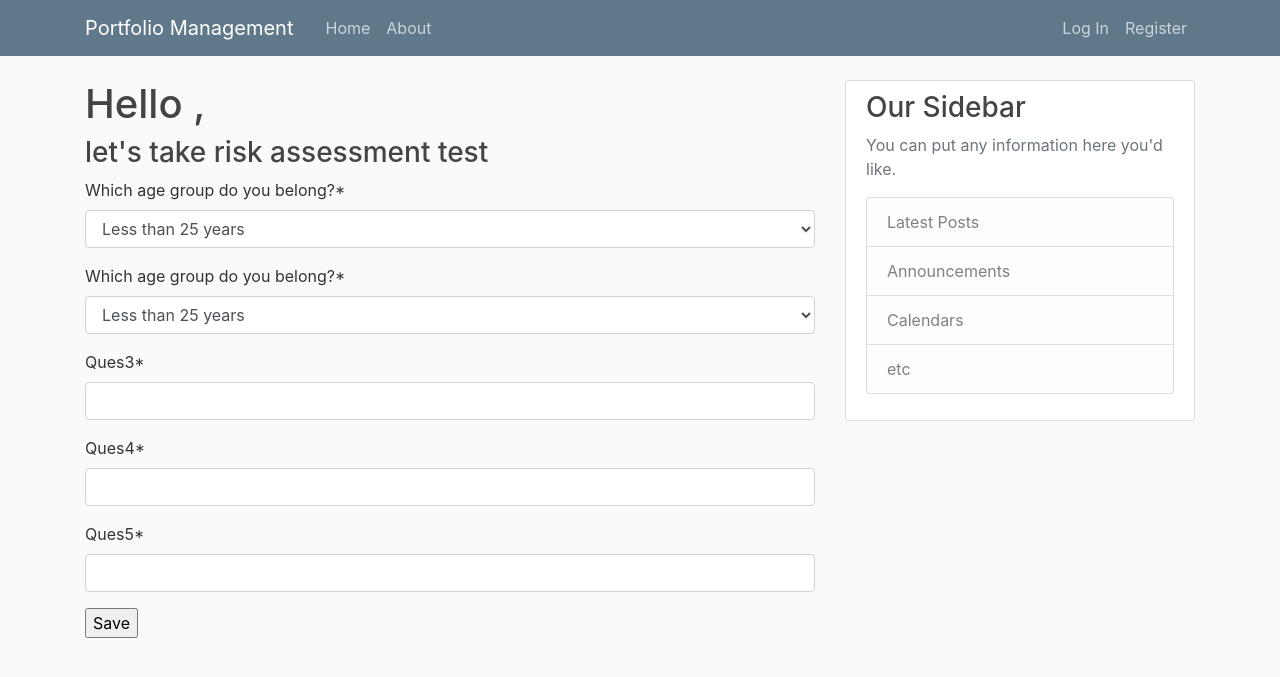
Repository: rahulsolankib/portfolio
Page: http://localhost/questions/
The author's editor kept a copy of each file at every save. The page is drawn from the files as they stood at one save, then again after the next save.
The browser window is 1280 px wide. The pictures show the whole page.
The page is served by the project's application, run on Django 3.2 (manage.py). Other server files are loaded and not shown.

Above is the page before, as saved 2020-10-20 00:29:44.

### riskCalculator/templates/riskCalculator/questions.html
{% extends "startPage/base.html" %}
{% load crispy_forms_tags %}
{% crispy example_form %}


{% block content %}
    <h1>Hello {{user.username}},</h1>
    <h3>let's take risk assessment test</h3>
    <form method='POST'>
        {% csrf_token %}
        {{formRec | crispy}}

        <input type='submit' value="Save" />
    </form>

{% endblock content %}

### startPage/templates/startPage/base.html
{% load static %}
<!DOCTYPE html>
<html>
<head>
    <meta charset="utf-8">
    <meta name="viewport" content="width=device-width, initial-scale=1, shrink-to-fit=no">

    <!-- Bootstrap CSS -->
    <link rel="stylesheet" href="https://stackpath.bootstrapcdn.com/bootstrap/4.5.2/css/bootstrap.min.css" integrity="sha384-JcKb8q3iqJ61gNV9KGb8thSsNjpSL0n8PARn9HuZOnIxN0hoP+VmmDGMN5t9UJ0Z" crossorigin="anonymous">

    <link rel="stylesheet" type="text/css" href="{% static 'startPage/main.css' %}">
    {% if title %}
        <title>Django - {{title}}</title>
    {% else %}
        <title>Django</title>
    {% endif %}
</head>
<body>
    <header class="site-header">
        <nav class="navbar navbar-expand-md navbar-dark bg-steel fixed-top">
            <div class="container">
            <a class="navbar-brand mr-4" href="{% url 'Start-Page' %}">Portfolio Management</a>
            <button class="navbar-toggler" type="button" data-toggle="collapse" data-target="#navbarToggle" aria-controls="navbarToggle" aria-expanded="false" aria-label="Toggle navigation">
            <span class="navbar-toggler-icon"></span>
            </button>
            <div class="collapse navbar-collapse" id="navbarToggle">
                <div class="navbar-nav mr-auto">
                <a class="nav-item nav-link" href="{% url 'Start-Page' %}">Home</a>
                <a class="nav-item nav-link" href="{% url 'About-Page' %}">About</a>
                {% if user.is_authenticated %}
                    <a class="nav-item nav-link" href="{% url 'questions' %}">Risk-Assessment</a>
                {% endif%}
                </div>
                <!-- Navbar Right Side -->
                <div class="navbar-nav">
                {% if user.is_authenticated %}
                    <a class="nav-item nav-link" href="{% url 'profile' %}">@{{user.username}}</a>
                    <a class="nav-item nav-link" href="{% url 'logout' %}">Log Out</a>
                {% else %}
                    <a class="nav-item nav-link" href="{% url 'login' %}">Log In</a>
                    <a class="nav-item nav-link" href="{% url 'register' %}">Register</a>
                {% endif%}
                </div>
            </div>
            </div>
        </nav>
    </header>
    <main role="main" class="container">
        <div class="row">
            <div class="col-md-8">
                {% if messages %}
                    {% for message in messages%}
                        <div class="alert alert-{{message.tags}}">
                            {{message}}
                        </div>
                    {% endfor %}
                {% endif %}
                {% block content %}{% endblock %}
            </div>
            <div class="col-md-4">
            <div class="content-section">
                <h3>Our Sidebar</h3>
                <p class='text-muted'>You can put any information here you'd like.
                <ul class="list-group">
                    <li class="list-group-item list-group-item-light">Latest Posts</li>
                    <li class="list-group-item list-group-item-light">Announcements</li>
                    <li class="list-group-item list-group-item-light">Calendars</li>
                    <li class="list-group-item list-group-item-light">etc</li>
                </ul>
                </p>
            </div>
            </div>
        </div>
    </main>


    <script src="https://code.jquery.com/jquery-3.5.1.slim.min.js" integrity="sha384-DfXdz2htPH0lsSSs5nCTpuj/zy4C+OGpamoFVy38MVBnE+IbbVYUew+OrCXaRkfj" crossorigin="anonymous"></script>
    <script src="https://cdn.jsdelivr.net/npm/popper.js@1.16.1/dist/umd/popper.min.js" integrity="sha384-9/reFTGAW83EW2RDu2S0VKaIzap3H66lZH81PoYlFhbGU+6BZp6G7niu735Sk7lN" crossorigin="anonymous"></script>
    <script src="https://stackpath.bootstrapcdn.com/bootstrap/4.5.2/js/bootstrap.min.js" integrity="sha384-B4gt1jrGC7Jh4AgTPSdUtOBvfO8shuf57BaghqFfPlYxofvL8/KUEfYiJOMMV+rV" crossorigin="anonymous"></script>
</body>
</html>

### riskCalculator/forms.py
from django import forms

from .models import Que,RiskModel


class QForm(forms.Form):
    age_group=(
            (1,'Less than 25 years')
            ,(2,'25-35 years')
            ,(3,'36-40 years')
            ,(4,'51 above')
    )

    ques1 = forms.TypedChoiceField(label='Which age group do you belong?',choices=age_group, coerce=int, initial=1)
    ques2 = forms.TypedChoiceField(label='Which age group do you belong?',choices=age_group, coerce=int, initial=1)
    ques3 = forms.CharField()
    ques4 = forms.CharField()
    ques5 = forms.CharField()


class QueForm(forms.ModelForm):
    class Meta:
        model = Que
        fields = ['ques1','ques2','ques3','ques4','ques5']


class RiskForm(forms.ModelForm):
    class Meta:
        model = RiskModel
        fields = ['userid','risk_score']

### riskCalculator/models.py
from django.db import models
# from user.forms import User

# Create your models here.
class Que(models.Model):
    ques1 = models.CharField(max_length=120)
    ques2 = models.CharField(max_length=120)
    ques3 = models.CharField(max_length=120)
    ques4 = models.CharField(max_length=120)
    ques5 = models.CharField(max_length=120)

class RiskModel(models.Model):
    userid = models.IntegerField(unique=True)
    risk_score = models.DecimalField(
                         max_digits = 5,
                         decimal_places = 2)

### riskCalculator/views.py
from django.shortcuts import render
from .forms import QueForm,RiskForm,QForm

from .models import RiskModel

def questions(request):
    formRec = QForm(request.POST or None)
    context = {
        'formRec': formRec
    }
    userid = request.user.id


    data = {'userid' : userid, 'risk_score':32}
    form = RiskForm(data)
    if form.is_valid():
        profile = form.save(commit = True)
        profile.user = request.user
        profile.save()

    return render(request,'riskCalculator/questions.html',context)

### portfolio/urls.py
"""portfolio URL Configuration

The `urlpatterns` list routes URLs to views. For more information please see:
    https://docs.djangoproject.com/en/3.1/topics/http/urls/
Examples:
Function views
    1. Add an import:  from my_app import views
    2. Add a URL to urlpatterns:  path('', views.home, name='home')
Class-based views
    1. Add an import:  from other_app.views import Home
    2. Add a URL to urlpatterns:  path('', Home.as_view(), name='home')
Including another URLconf
    1. Import the include() function: from django.urls import include, path
    2. Add a URL to urlpatterns:  path('blog/', include('blog.urls'))
"""
from django.contrib import admin
from django.contrib.auth import views as auth_views
from django.urls import path,include
from user import views as user_views
from riskCalculator import views as riskCalculator_views

urlpatterns = [
    path('admin/', admin.site.urls),
    path('register/',user_views.register,name='register'),
    path('profile/',user_views.profile,name='profile'),
    path('',include('startPage.urls')),
    path('login/',auth_views.LoginView.as_view(template_name="user/login.html"),name='login'),
    path('logout/',auth_views.LogoutView.as_view(template_name="user/logout.html"),name='logout'),
    path('questions/',riskCalculator_views.questions,name='questions')
]

### startPage/urls.py
from django.urls import path
from . import views

urlpatterns = [
    path('', views.home,name="Start-Page"),
    path('about/', views.about,name="About-Page"),
]

### startPage/static/startPage/main.css
body {
    background: #fafafa;
    color: #333333;
    margin-top: 5rem;
  }

  h1, h2, h3, h4, h5, h6 {
    color: #444444;
  }

  ul {
    margin: 0;
  }

  .bg-steel {
    background-color: #5f788a;
  }

  .site-header .navbar-nav .nav-link {
    color: #cbd5db;
  }

  .site-header .navbar-nav .nav-link:hover {
    color: #ffffff;
  }

  .site-header .navbar-nav .nav-link.active {
    font-weight: 500;
  }

  .content-section {
    background: #ffffff;
    padding: 10px 20px;
    border: 1px solid #dddddd;
    border-radius: 3px;
    margin-bottom: 20px;
  }

  .article-title {
    color: #444444;
  }

  a.article-title:hover {
    color: #428bca;
    text-decoration: none;
  }

  .article-content {
    white-space: pre-line;
  }

  .article-img {
    height: 65px;
    width: 65px;
    margin-right: 16px;
  }

  .article-metadata {
    padding-bottom: 1px;
    margin-bottom: 4px;
    border-bottom: 1px solid #e3e3e3
  }

  .article-metadata a:hover {
    color: #333;
    text-decoration: none;
  }

  .article-svg {
    width: 25px;
    height: 25px;
    vertical-align: middle;
  }

  .account-img {
    height: 125px;
    width: 125px;
    margin-right: 20px;
    margin-bottom: 16px;
  }

  .account-heading {
    font-size: 2.5rem;
  }

After the next save:
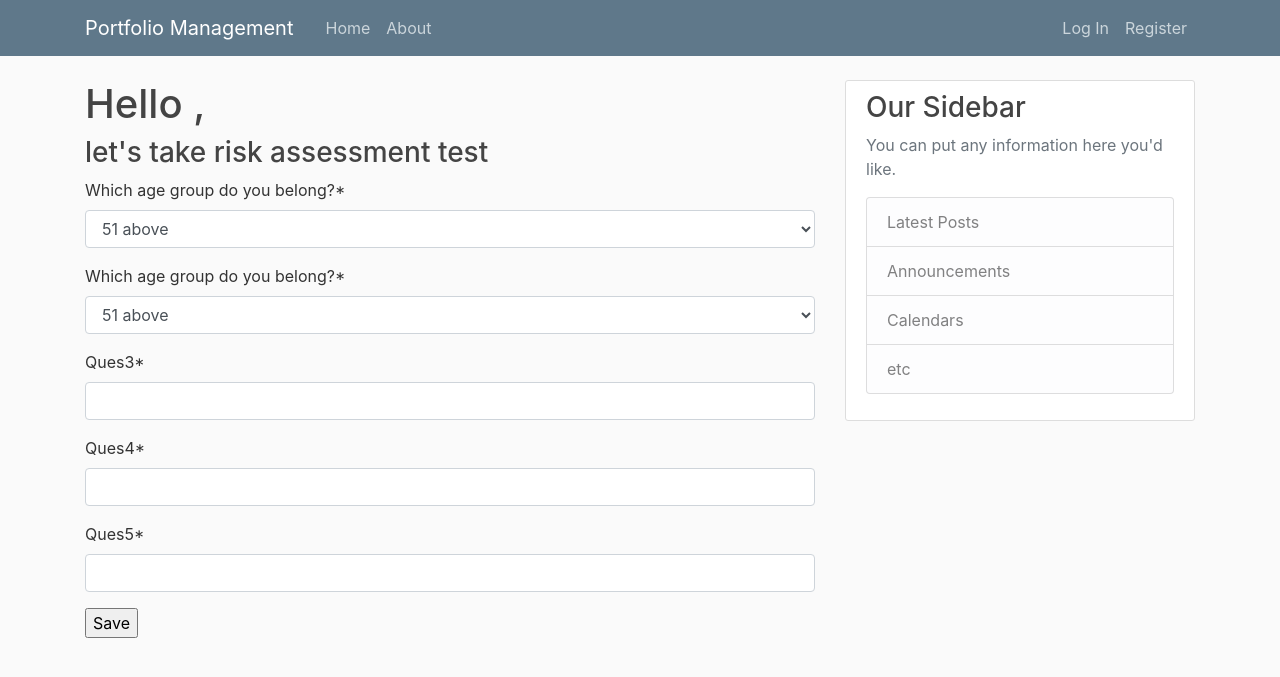
Saved 116 s later.
--- a/riskCalculator/forms.py
+++ b/riskCalculator/forms.py
@@ -5,10 +5,10 @@ from .models import Que,RiskModel
 
 class QForm(forms.Form):
     age_group=(
-            (1,'Less than 25 years')
-            ,(2,'25-35 years')
-            ,(3,'36-40 years')
-            ,(4,'51 above')
+            (4,'Less than 25 years')
+            ,(3,'25-35 years')
+            ,(2,'36-40 years')
+            ,(1,'51 above')
     )
 
     ques1 = forms.TypedChoiceField(label='Which age group do you belong?',choices=age_group, coerce=int, initial=1)
